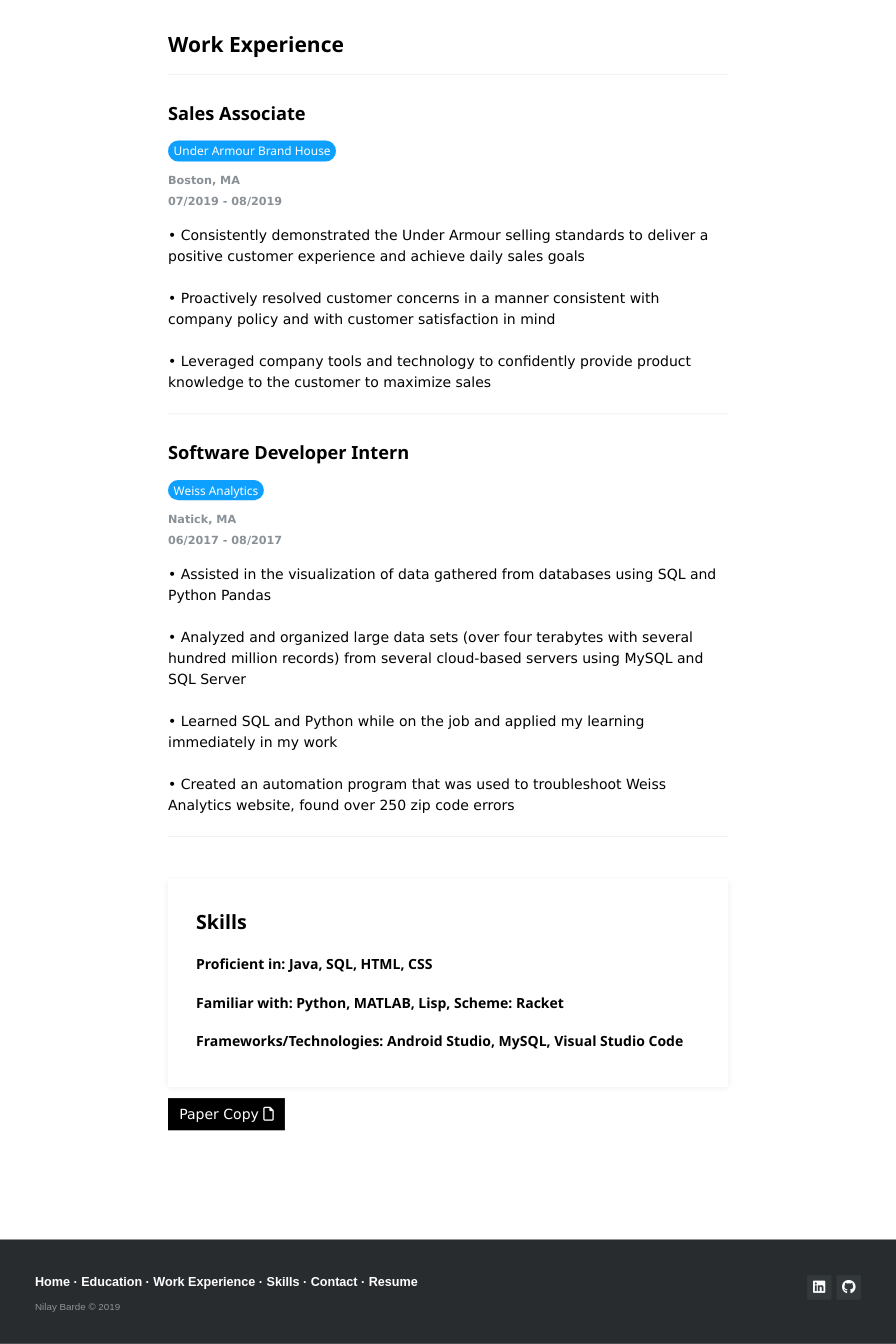
Repository: NilayBarde/Personal-Website
Page: cv.html
The author's editor kept a copy of each file at every save. The page is drawn from the files as they stood at one save, then again after a run of saves.
The browser window is 1280 px wide. The pictures show the part of the page from y = 1014 to 2934 px (the page is 2934 px tall before and 2844 px after), at 70% of full size.
Some web libraries are served in a nearby version.

Above is the page before, as saved 2019-09-26 14:02:55.

After the next 2 saves:
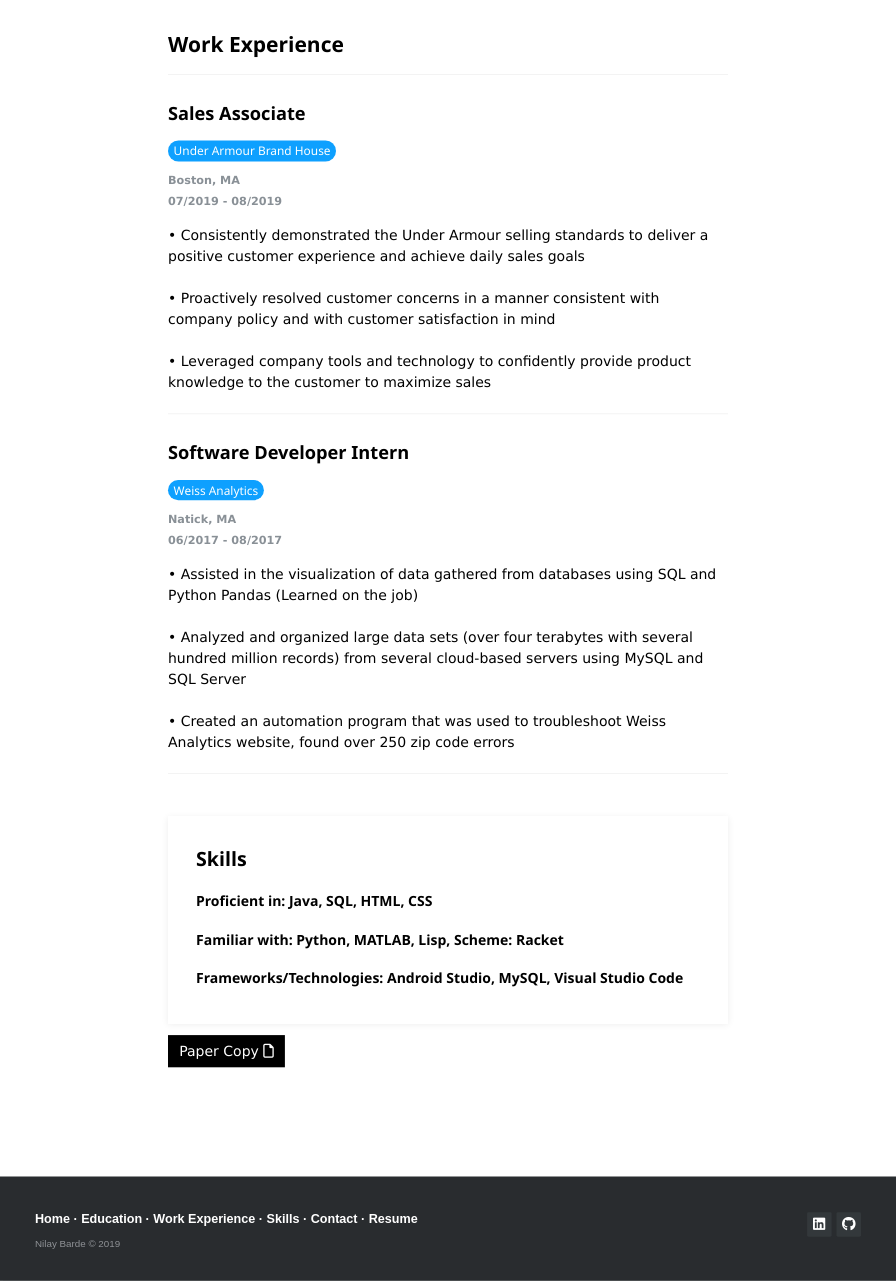
The 2 saves are shown as one change because they came seconds apart.
The last was saved 43 s later.
--- a/cv.html
+++ b/cv.html
@@ -104,9 +104,8 @@
                             <time class="period">Natick, MA<br>06/2017 - 08/2017</time>
                         </div>
                     </div>
-                    <p class="text-muted">• Assisted in the visualization of data gathered from databases using SQL and Python Pandas
+                    <p class="text-muted">• Assisted in the visualization of data gathered from databases using SQL and Python Pandas (Learned on the job)
                         <br><br>• Analyzed and organized large data sets (over four terabytes with several hundred million records) from several cloud-based servers using MySQL and SQL Server
-                        <br><br>• Learned SQL and Python while on the job and applied my learning immediately in my work
                         <br><br>• Created an automation program that was used to troubleshoot Weiss Analytics website, found over 250 zip code errors
                     </p>
                 </div>
